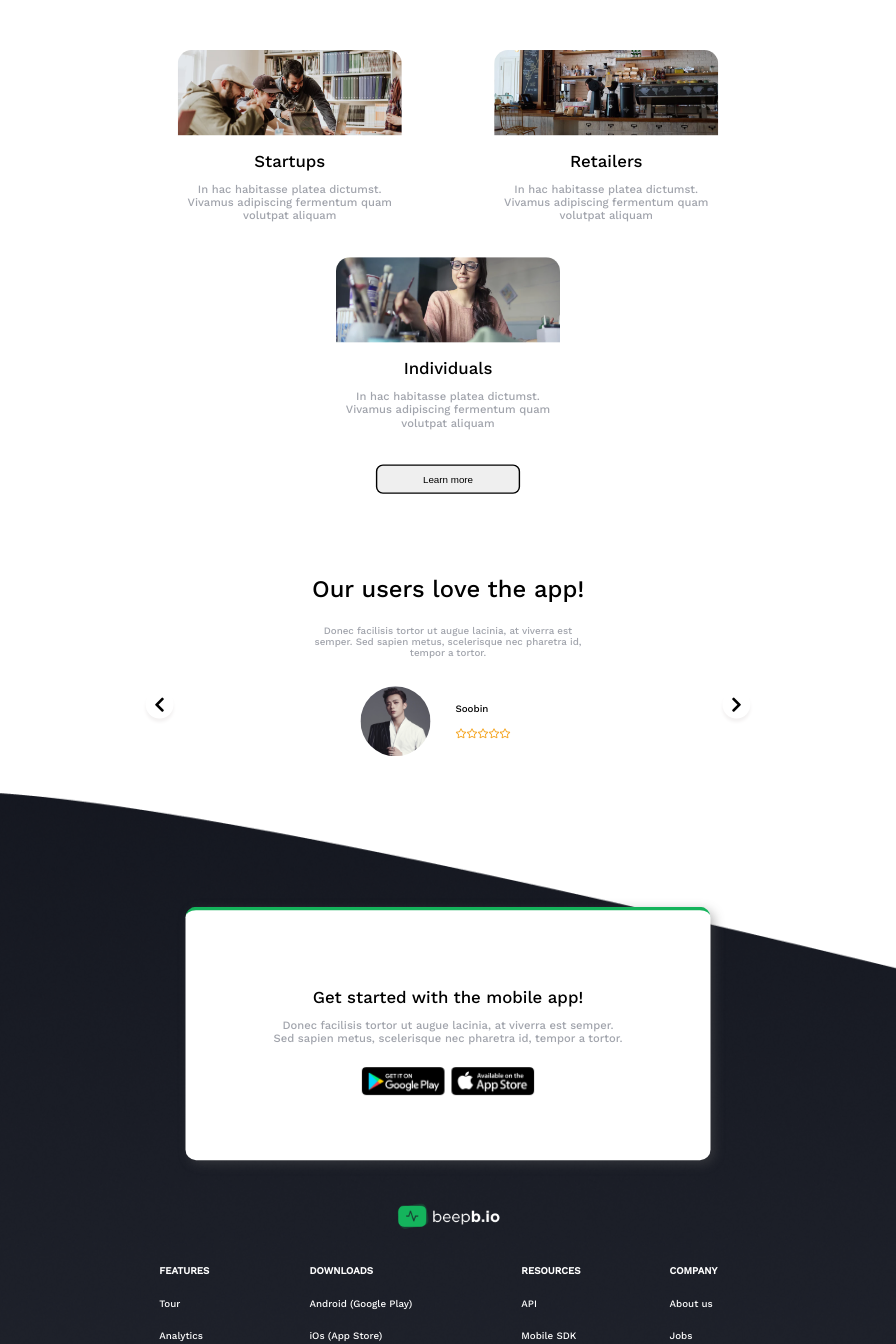
Repository: thinhnguyen347/thinhnguyen347.github.io
Page: cut-html-css/index.html
The author's editor kept a copy of each file at every save. The page is drawn from the files as they stood at one save, then again after the next save.
The browser window is 1280 px wide. The pictures show the part of the page from y = 2859 to 4779 px (the page is 5037 px tall), at 70% of full size.

Above is the page before, as saved 2021-11-10 17:30:24.

After the next save:
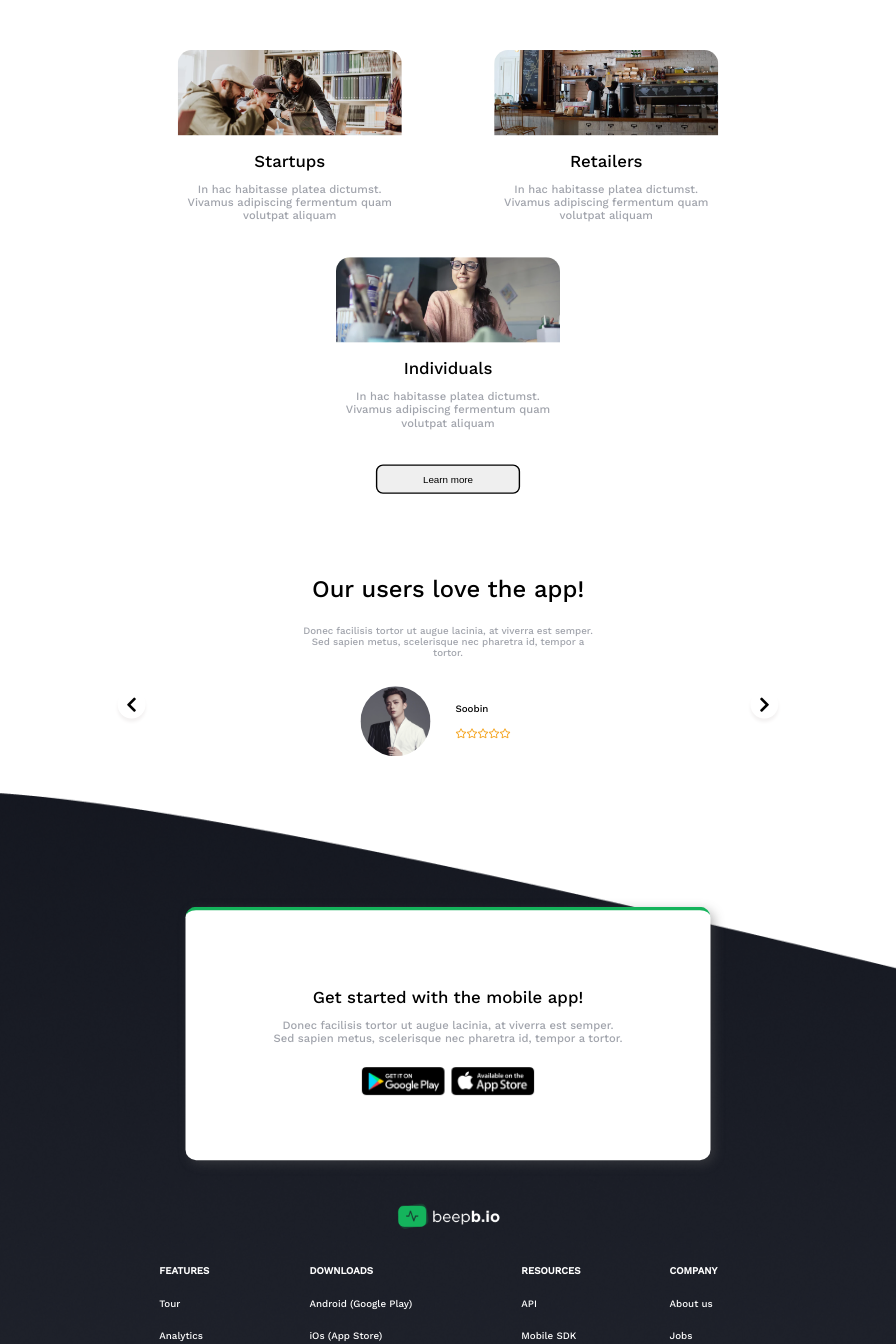
Saved 4 s later.
--- a/cut-html-css/css/style.css
+++ b/cut-html-css/css/style.css
@@ -366,7 +366,7 @@ img.oval-black {
 
 .section3 {
   height: auto;
-  margin: 50px
+  margin: 50px 0;
 }
 
 .bg-bottom {
